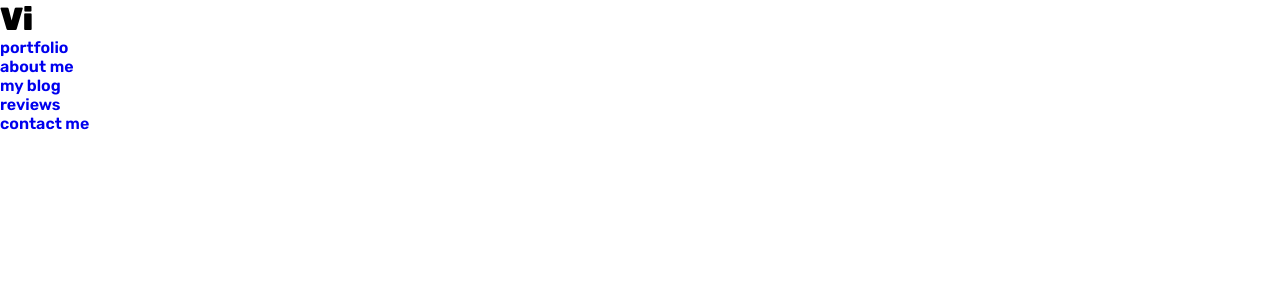
Repository: BuduCE/landing-page
Page: venissa-lp/index.html
These files come from the project's save history. The page is drawn as it stood at one moment and after a run of saves; the edit follows.
The browser window is 1280 px wide. The pictures show the whole page.
Some web fonts or font styles are not loaded; a fallback is used.

Above is the page before, as saved 2022-03-09 00:00:55.

### venissa-lp/index.html
<!DOCTYPE html>
<html lang="en">
<head>
    <meta charset="UTF-8">
    <meta http-equiv="X-UA-Compatible" content="IE=edge">
    <meta name="viewport" content="width=device-width, initial-scale=1.0">
    <title>Venissa</title>

    <!--CSS-->
    <link rel="stylesheet" href="main.css">

    <!--Google Font-->

    <!--!st font-->
    <link rel="preconnect" href="https://fonts.googleapis.com">
    <link rel="preconnect" href="https://fonts.gstatic.com" crossorigin>
    <link href="https://fonts.googleapis.com/css2?family=Fira+Sans+Condensed:wght@400;900&family=Open+Sans&family=Rubik:ital,wght@0,600;0,900;1,400&family=Ubuntu+Mono&display=swap" rel="stylesheet">

    <!--2nd font(for the logo)-->
    <link rel="preconnect" href="https://fonts.googleapis.com">
    <link rel="preconnect" href="https://fonts.gstatic.com" crossorigin>
    <link href="https://fonts.googleapis.com/css2?family=Fira+Sans+Condensed:wght@400;900&family=Noto+Serif+Display:wght@700&family=Open+Sans&family=Rubik:ital,wght@0,600;0,900;1,400&display=swap" rel="stylesheet">
</head>
<body>
    <!--Header-->
    <header>
        <div class="side-nav">
            <h1>V<span class="i-logo">i</span></h1>
            <nav>
                <li><a href="#"></a></li>
                <li><a href="#"></a></li>
                <li><a href="#"></a></li>
                <li><a href="#"></a></li>
                <li><a href="#"></a></li>
            </nav>
        </div>
        <div class="top-nav">
            <nav>
                <li><a href="#">portfolio</a></li>
                <li><a href="#">about me</a></li>
                <li><a href="#">my blog</a></li>
                <li><a href="#">reviews</a></li>
                <li><a href="#">contact me</a></li>
            </nav>
            <div>
                <a href="#">
                    <img src="" alt="">
                    <p></p>
                </a>
            </div>
        </div>
    </header>
</body>
</html>

### venissa-lp/assets/css/main.css
/*Reset*/
* {
    margin: 0;
    padding: 0;
    box-sizing: border-box;
}

a {
    text-decoration: none;
}

li {
    list-style: none;
}

body {
    font-family: 'Fira Sans Condensed', sans-serif;
    font-family: 'Noto Serif Display', serif;
    font-family: 'Open Sans', sans-serif;
    font-family: 'Rubik', sans-serif;
}

After the next 2 saves:
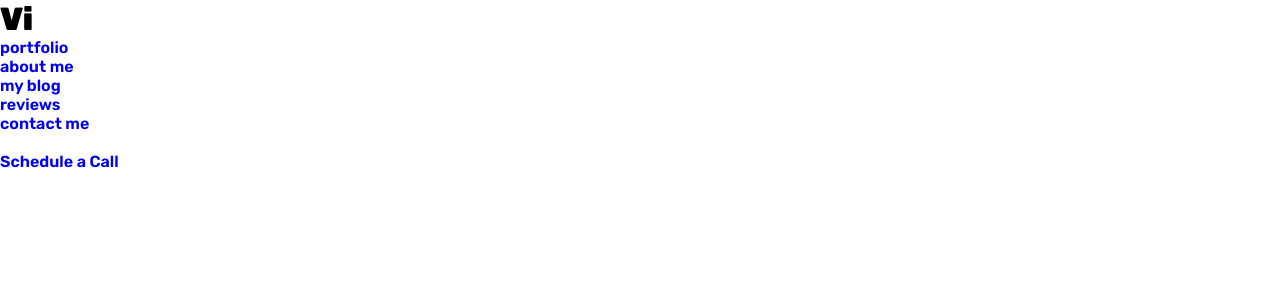
The 2 saves are shown as one change because they came seconds apart.
The last was saved 15 s later.
--- a/venissa-lp/index.html
+++ b/venissa-lp/index.html
@@ -45,7 +45,7 @@
             <div>
                 <a href="#">
                     <img src="" alt="">
-                    <p></p>
+                    <p>Schedule a Call</p>
                 </a>
             </div>
         </div>
